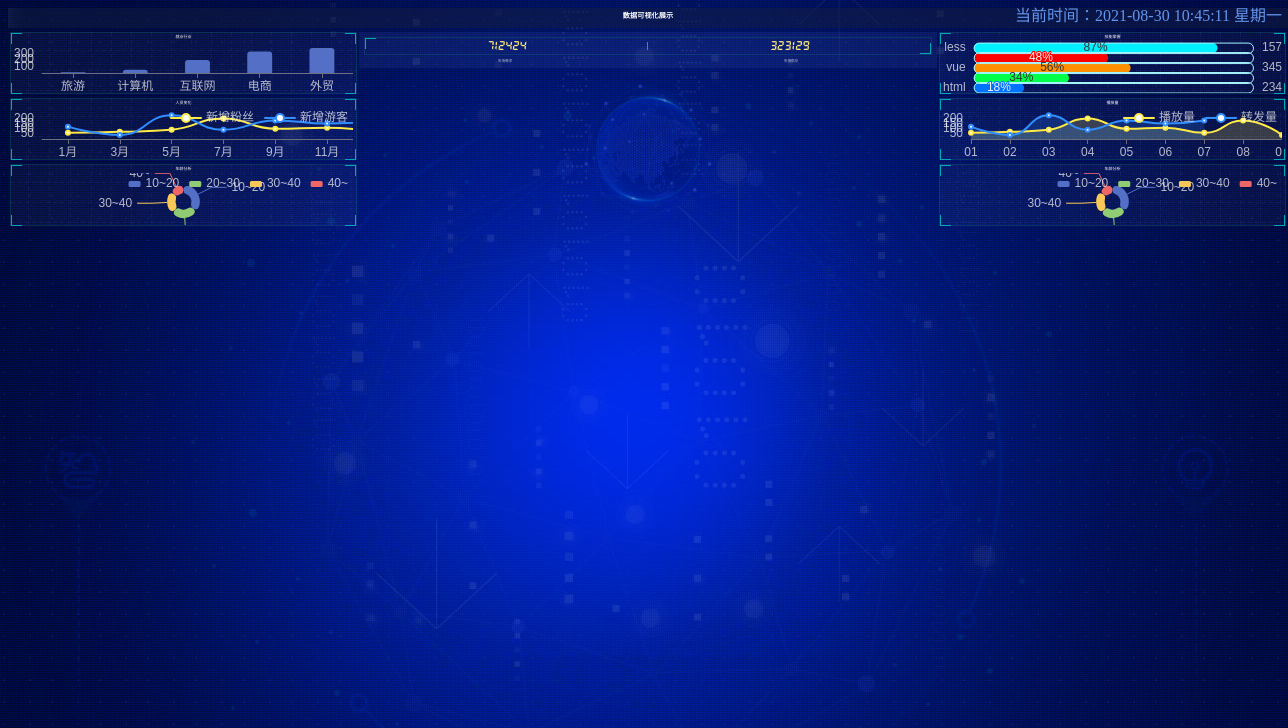
Repository: jiang-1990/DataVM
Page: /
An editor plug-in stored every save of this project. The page is shown before and after the next save, followed by the edit.
The browser window is 1280 px wide. The page is 1288 px wide, so the pictures cover 1288 px, including what lies to the right of the window. The pictures show the whole page.
The project was rebuilt for these pictures with package versions that can differ from the ones it lists, and the page was loaded fresh each time.

Above is the page before, as saved 2021-08-30 11:04:17.

After the next save:
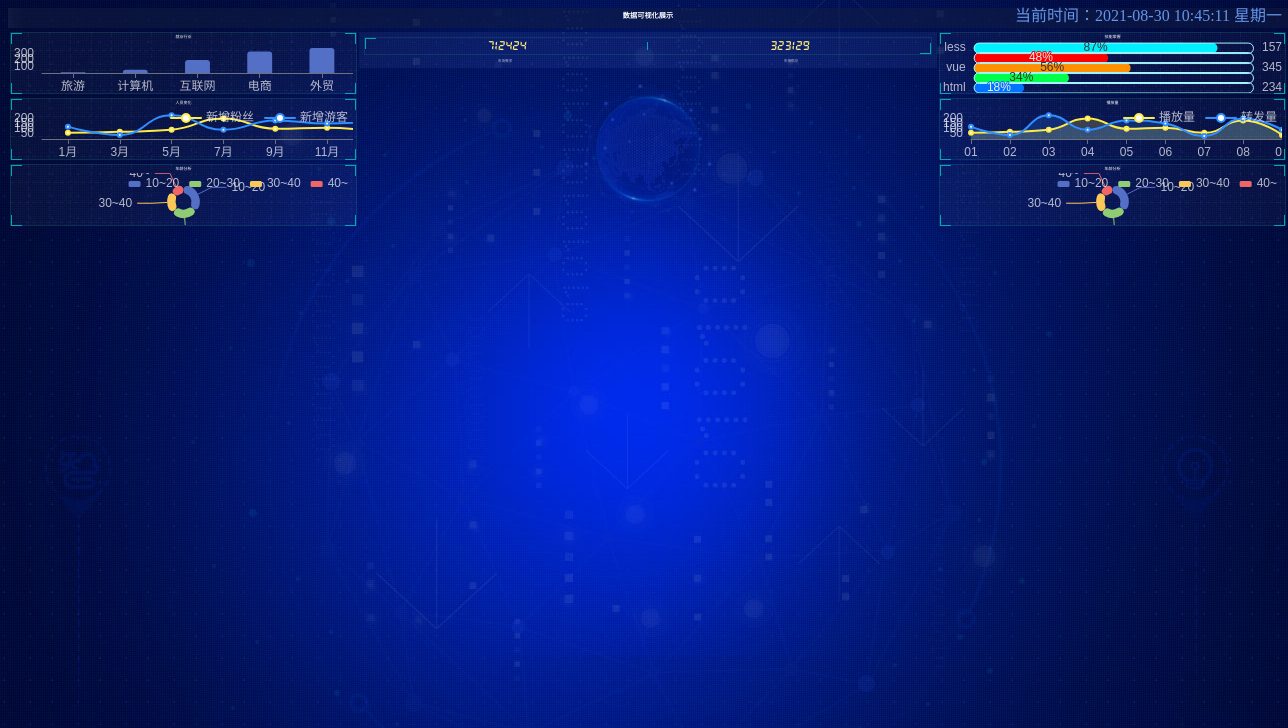
Saved 16 s later.
--- a/src/components/bigScreen.vue
+++ b/src/components/bigScreen.vue
@@ -367,7 +367,7 @@ export default {
             name: "转发量",
             type: "line",
             smooth: true,
-            data: [120, 40, 230, 90, 180, 150, 180],
+            data: [120, 40, 230, 90, 180, 150,30,200,90],
             itemStyle: {
               normal: {
                 color: "#318eff", //折线点的颜色
